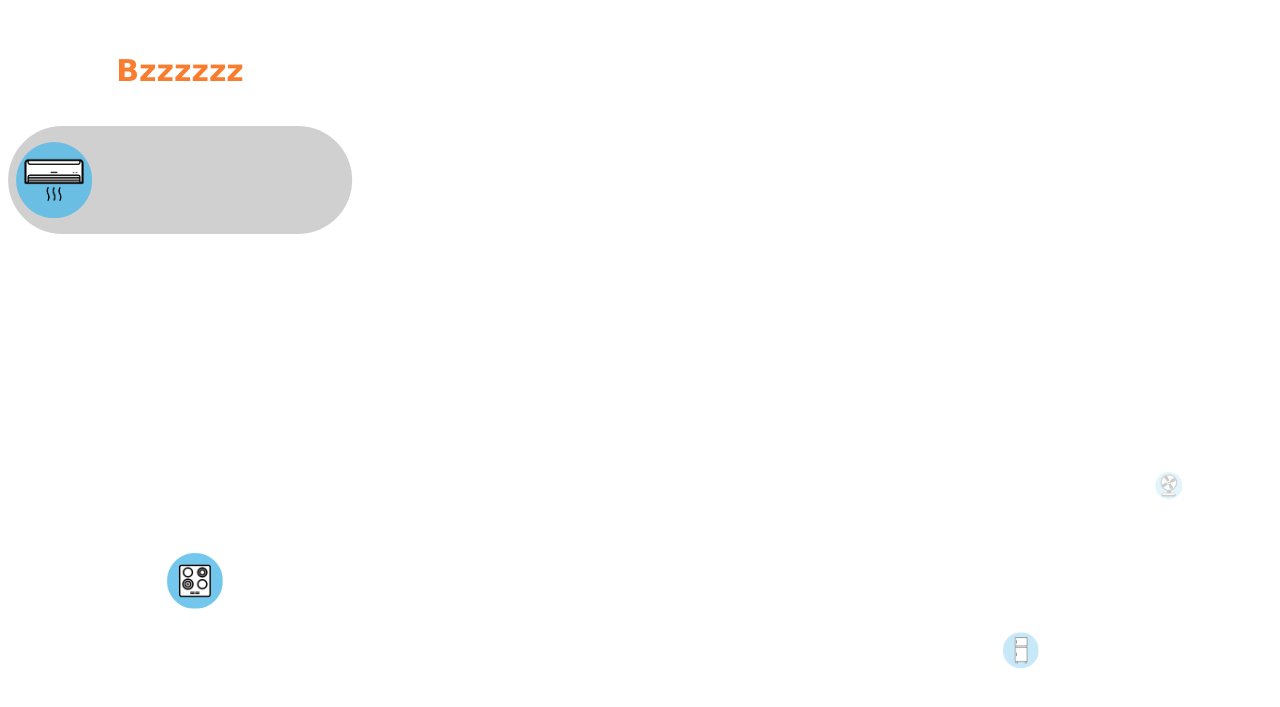
Repository: TheZakinator/energy_feedback_thesis
Page: smart_watch/uiTest/index.html
The author's editor kept a copy of each file at every save. The page is drawn from the files as they stood at one save, then again after the next save.
The browser window is 1280 px wide. The pictures show the whole page.

Above is the page before, as saved 2022-09-22 01:49:50.

### smart_watch/uiTest/index.html
<!DOCTYPE html>
<html>

<head>
    <meta name="viewport" content="width=device-width, initial-scale=1, user-scalable=no" />
    <title>Bzzzzzz</title>
    <link rel="stylesheet" href="css/style.css">
    <link rel="stylesheet" href="css/custom-indicator.css">
</head>

<body>
    <div id="container">

        <div id="page-main" class="page">
            <div class="header full">Bzzzzzz</div>
            <div class="list-circle" id="list-buddy">
                <div class="list-focus-area">
                    <div class="list-focus">
                    </div>
                    <div class="list-label">
                    </div>
                </div>
            </div>
        </div>

        <div id="page-contact" class="page">
            <div id="bgcolor-contact"></div>
            <div id="name-contact"></div>
            <div id="content-contact">
                <div id="selector-box-contact">
                    <div id="selector-call-contact">
                        <div id="icon-call-contact"></div>
                    </div>
                    <div id="selector-mail-contact">
                        <div id="icon-mail-contact"></div>
                    </div>
                </div>
            </div>
            <div id="number-contact"></div>
        </div>

        <div id="page-settings" class="page">
        	<div id="bgcolor-settings"></div>
        	<div id="name-settings"></div>
        	<div id="content-settings">
        		<div id="selector-box-settings">
	        		<div id="selector-buzz-settings">
	        			<div id="icon-buzz-settings"></div>
	        		</div>
	        		<div id="selector-bluetooth-settings">
	        			<div id="icon-bluetooth-settings"></div>
	        		</div>
        		</div>
        	</div>
        	<div id="number-settings"></div>
        </div>
    </div>

    <script src="js/page.js"></script>
    <script src="js/custom-indicator.js"></script>
    <script src="js/app.js"></script>
</body>

</html>

### smart_watch/uiTest/css/style.css
* {
    font-family: Verdana, Lucida Sans, Arial, Helvetica, sans-serif;
    -webkit-tap-highlight-color: transparent;
}
html, body {
    width: 100%;
    height: 100%;
    margin: 0px;
    overflow: hidden;
}

#container {
    height: 100%;
    overflow: hidden;
}

.page {
    width: 100%;
    height: 100%;
    display: none;
}

#page-main {
    display: block;
}

/* ----- Main page ----- */
.header{
    position: absolute;
    top: 51px;
    left: 64px;
    width: 232px;
    height: 39px;
    text-align: center;
    color: rgba(250, 125, 47, 1);
    font-size: 30px;
    font-weight: bold;
    line-height: 39px;
}

.list-circle {
    position: relative;
    width: 100%;
    height: 100%;
}

/* ----- Contact page ----- */
#page-contact {
    background-size: contain;
   	background-repeat: no-repeat;

}

#bgcolor-contact {
    position: absolute;
    width: 100%;
    height: 100%;
    background-color: rgba(0, 0, 0, 0.5);
}

#name-contact {
    position: absolute;
    top: 35px;
    left: 54px;
    width: 252px;
    height: 47px;
    font-size: 36px;
    line-height: 47px;
    color: #ffffff;
    text-align: center;

}

#content-contact {
    position: absolute;
    top: 131px;
    width: 100%;
    height: 100px;
    text-align: center;
}

#selector-box-contact {
    height: 100px;
    margin: auto;
    display: table;
}


/*
#selector-call-contact {
    width: 100px;
    height: 100px;
    float: left;
    margin: 0px 9px 0px 9px;
    background-color: rgba(66, 171, 31, 1);
    background-size: contain;
    -webkit-mask-image: url("../image/wc_contact_detail_bg.png");
    -webkit-mask-size: contain;
    -webkit-mask-repeat: no-repeat;
}


#icon-call-contact {
    width: 100%;
    height: 100%;
    background-image: url("../image/wc_contact_detail_call_icon.png");
    background-size: contain;
}


#selector-mail-contact {
    width: 100px;
    height: 100px;
    float: left;
    margin: 0px 9px 0px 9px;
    background-color: rgba(235, 164, 23, 1);
    background-size: contain;
    -webkit-mask-image: url("../image/wc_contact_detail_bg.png");
    -webkit-mask-size: contain;
    -webkit-mask-repeat: no-repeat;
}

#icon-mail-contact {
    width: 100%;
    height: 100%;
    background-image: url("../image/wc_contact_detail_msg_icon.png");
    background-size: contain;
}


#number-contact {
    position: absolute;
    left: 54px;
    bottom: 59px;
    width: 252px;
    height: 37px;
    font-size: 28px;
    line-height: 37px;
    color: #ffffff;
    text-align: center;
}

*/

### smart_watch/uiTest/css/custom-indicator.css
.list-containerbar {
    position: absolute;
    top: 142px;
    left: 0px;
    width: 100%;
    height: 76px;
    pointer-events: none;
}

.list-selector {
    width: 76px;
    height: 76px;
    position: relative;
    vertical-align: middle;
    pointer-events: all;
}

.list-thumbnail {
    position: absolute;
    margin: auto;
    top: 0;
    bottom: 0;
    left: 0;
    right: 0;
    text-align: center;
    color: #ffffff;
    background-color: rgba(81,186,232,0.8);
    background-size: contain;
    background-repeat: no-repeat;
   	background-position: center;
   	background-origin: padding-box;


    -webkit-mask-image: url("../image/wc_contact_bg.png");
    /* -webkit-mask-border: url("../image/wc_contact_bg.png") 100 / 50px round; */
    -webkit-mask-size: contain;
    -webkit-mask-repeat: no-repeat;
}

.list-focus-area {
    position: absolute;
    width: 100%;
    height: 130px;
    top: 115px;
    left: 0px;
}

.list-focus {
    position: relative;
    width: 100%;
    height: 108px;
    top: 11px;
    left: 0px;
    background-color: rgba(0, 0, 0, 1);
    -webkit-mask-image: url("../image/b_buddy_list_focus_bg.png");
    -webkit-mask-size: 360px 108px;
    -webkit-mask-repeat: no-repeat;
}

.list-label {
	/*
    position: absolute;
    top: 41.5px;
    left: 100px;
    font-size: 36px;
    color: #ffffff;
    text-align: center;
    width: 230px;
    height: 47px;
    line-height: 47px;
    */

    margin: 0;
    font-size: 36px;
    color: #ffffff;
    position: absolute;
    top: 50%;
    left: 55%;
    margin-right: 50%;
    transform: translate(-50%, -50%);
}

### smart_watch/uiTest/js/app.js
/*
 *      Copyright (c) 2016 Samsung Electronics Co., Ltd
 *
 *      Licensed under the Flora License, Version 1.1 (the "License");
 *      you may not use this file except in compliance with the License.
 *      You may obtain a copy of the License at
 *
 *              http://floralicense.org/license/
 *
 *              This software has been significantly modified.
 *
 *      Unless required by applicable law or agreed to in writing, software
 *      distributed under the License is distributed on an "AS IS" BASIS,
 *      WITHOUT WARRANTIES OR CONDITIONS OF ANY KIND, either express or implied.
 *      See the License for the specific language governing permissions and
 *      limitations under the License.
 */

/*global listController, pageController*/

(function() {
    var PERSON_DATA_NAME = [
            // Dummy data for test use.
            // This array contains the name of buddy,
            // English name
            // (Alice, Arthur, etc.)
            // Unicode name
            // (철수, 영희, etc.)
            // blank name.
            // (The 9th element of array)
            "Aircon",
            "Cooktop",
            "TV",
            "Washing Machine",
            "Fridge",
            "Fan",
            "Computer",
            "Henry",
            "",
            "Arthur",
            "Lancelot",
            "Merlin",
            "Gawain",
            "Galahad"
        ],
        PERSON_DATA_NUM = [
            // Dummy data for test use.
            // This array contains the phone number of buddy,
            // Full number
            // (From 1st element to 11th element)
            // No data
            // (After 12th element)
            "010-1234-5678",
            "010-2345-6789",
            "010-3456-7890",
            "010-4567-8901",
            "010-5678-9012",
            "010-6789-0123",
            "010-7890-1234",
            "010-8901-2345",
            "010-9012-3456",
            "010-0123-4567",
            "",
            "",
            "",
            ""
        ],
        PERSON_DATA_IMAGE = [
            // Dummy data for test use.
            // This array contains the image data of buddy,
            // Address of the photo image
            // (1st element)
            // No data
            // (After 2nd element)
            "./image/aircon.png",
            "./image/cooktop.png",
            "./image/tv.png",
            "./image/washing_machine.png",
            "./image/fridge.png",
            "./image/fan.png",
            "./image/pc.png",
            null,
            null,
            null,
            null,
            null,
            null,
            null
        ],
        HEADER_DATA = {
            // Dummy data for test use.
            // This array contains the style data of header animation.
            // The header may have three status,
            // None
            // (Should not be seen)
            // Half
            // (Should be seen at the top of header area)
            // Full
            // (Should be seen at the center of header area)
            "NONE": {
                "top": "-41px"
            },
            "HALF": {
                "top": "11px"
            },
            "FULL": {
                "top": "51px"
            }
        },

        ANIM_DURATION = 400,

        animRequest = 0,
        animStartTime = 0;

    /**
     * Removes all child of the element.
     * @private
     * @param {Object} elm - The object wants to be emptied
     * @return {Object} The emptied element
     */
    function emptyElement(elm) {
        while (elm.firstChild) {
            elm.removeChild(elm.firstChild);
        }

        return elm;
    }

    /**
     * Creates and returns the callback function that processes jobs should be done before the page become changed.
     * The contents of contact page will be changed by this function, then the page will be changed to the contact page.
     * @private
     * @param {number} data - The index of the element in the buddy list
     * @return {function} The callback function for changing page to the contact
     */
    function createPageChangeFunc(data) {
        return function() {
            var elmName = document.querySelector("#name-contact"),
                elmNum = document.querySelector("#number-contact");

            // Reset the name and number in the contact page.
            emptyElement(elmName).appendChild(document.createTextNode(PERSON_DATA_NAME[data]));
            emptyElement(elmNum).appendChild(document.createTextNode(PERSON_DATA_NUM[data]));

            // Reset the background of the contact page
            pageController.setPageBgImage("page-contact", PERSON_DATA_IMAGE[data]);
            // Change the page to the contact page
            pageController.movePage("page-contact");
        };
    }

    /**
     * Pushes person data to the buddy list.
     * @private
     */
    function pushData() {
        var i;
        for (i = 0; i < PERSON_DATA_NAME.length; i++) {
            // If the data of image address exists, add data with the image address.
            // Otherwise, add data without the image address.
            if (PERSON_DATA_IMAGE[i]) {
                listController.addData(PERSON_DATA_NAME[i], PERSON_DATA_IMAGE[i], createPageChangeFunc(i));
            } else {
                listController.addData(PERSON_DATA_NAME[i], null, createPageChangeFunc(i));
            }
        }
    }

    /**
     * Handles the hardware key events.
     * @private
     * @param {Object} ev - The object contains data of key event.
     */
    function keyEventHandler(ev) {
        if (ev.keyName === "back") {
            if (pageController.isPageMain() === true) {
                // Terminate the application if the current page is the main page.
                try {
                    tizen.application.getCurrentApplication().exit();
                } catch (ignore) {}
            } else {
                // Go to the last page if the current page is not the main page.
                pageController.moveBackPage();
            }
        }
    }

    /**
     * Sets the style of elements in container by origPos, destPos, ratio.
     * @private
     * @param {Object} elm - An object of the container element.
     * @param {string} origPos- Original position of transition.
     * @param {string} destPos- Destination position of transition.
     * @param {number} ratio - Progress ratio of transition.
     */
    function setAnimationStyle(elm, origPos, destPos, ratio) {
        var valOrigStyle,
            valDestStyle,
            valAnimStyle;

        if (ratio > 1) {
            ratio = 1;
        }

        // Calculate the style value of the header should be.
        Object.keys(HEADER_DATA[origPos]).forEach(function(key) {
            switch (key) {
                case "top":
                    valOrigStyle = parseFloat(HEADER_DATA[origPos][key]);
                    valDestStyle = parseFloat(HEADER_DATA[destPos][key]);
                    valAnimStyle = (valOrigStyle + (valDestStyle - valOrigStyle) * ratio) + "px";
                    break;
                default:
                    break;
            }

            elm.style[key] = valAnimStyle;
        });
    }

    /**
     * Makes a snapshot of animation frame by setting style to containers by progress ratio, calculated by timestamp.
     * @private
     * @param {string} animStart - Starting position of the animation.
     * @param {string} animEnd- Ending position of the animation.
     * @param {number} timestamp - DOMHighResTimeStamp value passed by requestAnimationFrame.
     */
    function drawAnimationFrame(animStart, animEnd, timestamp) {
        var elmHeader = document.querySelector(".header"),
            progress;

        // If there is no working animation, animation flag will be set to with the timestamp.
        if (!animStartTime) {
            animStartTime = timestamp;
        }
        progress = timestamp - animStartTime;

        setAnimationStyle(elmHeader, animStart, animEnd, progress / ANIM_DURATION);

        // If the animation is not reached to the end of time, Request the next frame of rendering for animation.
        // Otherwise, clear the request and flag.
        if (progress < ANIM_DURATION) {
            animRequest = window.requestAnimationFrame(drawAnimationFrame.bind(this, animStart, animEnd));
        } else {
            animRequest = 0;
            animStartTime = 0;
        }
    }

    /**
     * Starts the animation by setting the first requestAnimationFrame API call.
     * @private
     * @param {string} start - Starting position of the animation.
     * @param {string} end- Ending position of the animation.
     */
    function setHeaderAnimation(start, end) {
        if (animRequest) {
            window.cancelAnimationFrame(animRequest);
        }
        animRequest = window.requestAnimationFrame(drawAnimationFrame.bind(this, start, end));
    }

    /**
     * Activates the header animation when scroll down event was fired.
     * @private
     * @param {number} focusPos - The position of focus in list.
     * @param {number} diff - The difference of focus by scrolling.
     */
    function scrollDownCallbackHeader(focusPos, diff) {
        // The header will be disappeared
        switch (focusPos) {
            case 0:
                if (diff === 1) {
                    // Full header -> Half header
                    setHeaderAnimation("FULL", "HALF");
                } else {
                    // Full header -> No header
                    setHeaderAnimation("FULL", "NONE");
                }
                break;
            case 1:
                // Half header -> No header
                setHeaderAnimation("HALF", "NONE");
                break;
            default:
                break;
        }
    }

    /**
     * Activates the header animation when scroll up event was fired.
     * @private
     * @param {number} focusPos - The position of focus in list.
     * @param {number} diff - The difference of focus by scrolling.
     */
    function scrollUpCallbackHeader(focusPos, diff) {
        if (pageController.isPageMain() === true) {
            // The header will be appeared
            switch (focusPos) {
                case 1:
                    // Half header -> Full header
                    setHeaderAnimation("HALF", "FULL");
                    break;
                default:
                    if (focusPos + diff === 1) {
                        // No header -> Half header
                        setHeaderAnimation("NONE", "HALF");
                    } else if (focusPos + diff === 0) {
                        // No header -> Full header
                        setHeaderAnimation("NONE", "FULL");
                    }
                    break;
            }
        }
    }

    /**
     * Initiates the application.
     * @private
     */
    function init() {
        listController.init("list-buddy");
        // Push all data to the list
        pushData();
        // Add hardware key event listener
        window.addEventListener("tizenhwkey", keyEventHandler);
        // Add both pages to the page controller
        pageController.addPage("page-main");
        pageController.addPage("page-contact");
        pageController.addPage("page-settings");
        // Set callback functions for scroll up and down
        // Those functions will animate the header if needed.
        listController.setScrollUpCallback(scrollUpCallbackHeader);
        listController.setScrollDownCallback(scrollDownCallbackHeader);
    }

    window.onload = init();
}());

Loaded but not shown: smart_watch/uiTest/js/custom-indicator.js (653 lines, source omitted); smart_watch/uiTest/js/page.js (256 lines, source omitted)

After the next save:
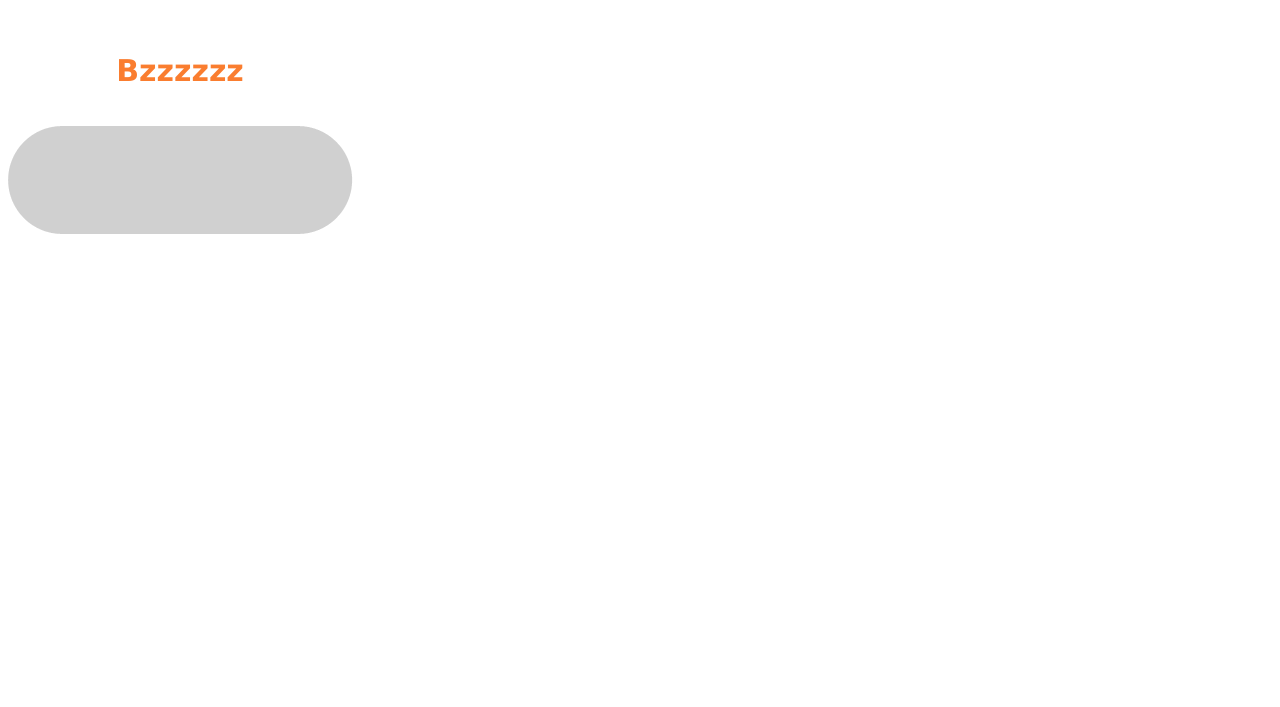
Console error: ReferenceError: createPage is not defined
Saved 97 s later.
--- a/smart_watch/uiTest/js/app.js
+++ b/smart_watch/uiTest/js/app.js
@@ -28,6 +28,7 @@
             // (철수, 영희, etc.)
             // blank name.
             // (The 9th element of array)
+            "Settings",
             "Aircon",
             "Cooktop",
             "TV",
@@ -40,8 +41,7 @@
             "Arthur",
             "Lancelot",
             "Merlin",
-            "Gawain",
-            "Galahad"
+            "Gawain"
         ],
         PERSON_DATA_NUM = [
             // Dummy data for test use.
@@ -72,6 +72,7 @@
             // (1st element)
             // No data
             // (After 2nd element)
+            "./image/settings_icon.png",
             "./image/aircon.png",
             "./image/cooktop.png",
             "./image/tv.png",
@@ -79,7 +80,6 @@
             "./image/fridge.png",
             "./image/fan.png",
             "./image/pc.png",
-            null,
             null,
             null,
             null,
@@ -151,12 +151,32 @@
     }
 
     /**
+     * Similar to createPageChangeFunc but links to the settings page instead of the contact page
+     */
+    function createPageChangeToSettings(data) {
+    	return function() {
+    		var elmName = document.querySelector("#name-settings"),
+    			elmNum = document.querySelector("#number-settings");
+
+    		emptyElement(elmName.appendChild(document.createTextNode(PERSON_DATA_NAME[data])));
+    		emptyElement(elmNum).appendChild(document.createTextNode(PERSON_DATA_NUM[data]));
+
+    		pageController.setPageBgImage("page-settings", PERSON_DATA_IMAGE[data]);
+    		pageController.movePage("page-settings");
+
+    	}
+    }
+
+    /**
      * Pushes person data to the buddy list.
      * @private
      */
     function pushData() {
         var i;
-        for (i = 0; i < PERSON_DATA_NAME.length; i++) {
+        if (PERSON_DATA_IMAGE[0]) {
+        	listController.addData(PERSON_DATA_NAME[0], PERSON_DATA_IMAGE[0], createPage)
+        }
+        for (i = 1; i < PERSON_DATA_NAME.length; i++) {
             // If the data of image address exists, add data with the image address.
             // Otherwise, add data without the image address.
             if (PERSON_DATA_IMAGE[i]) {

After the 2 saves that followed:
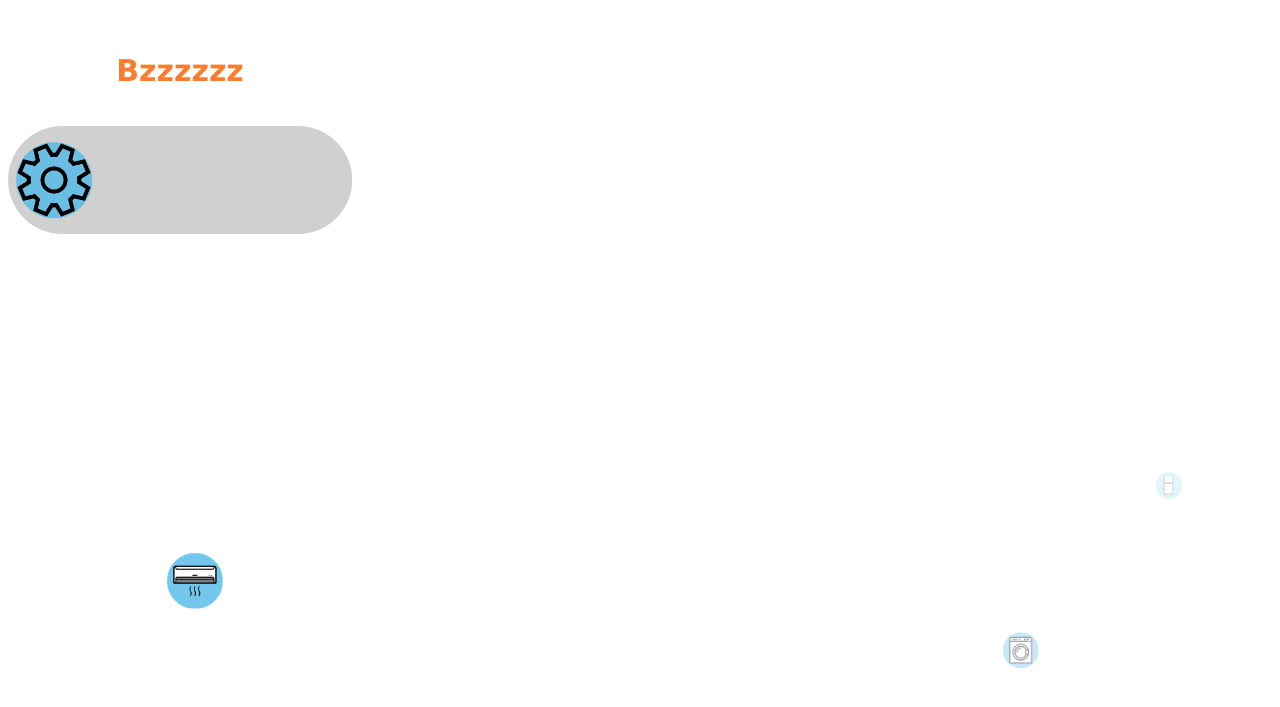
The error is gone.
The 2 saves are shown as one change because 1 left the picture as it was.
The last was saved 39 s later.
--- a/smart_watch/uiTest/js/app.js
+++ b/smart_watch/uiTest/js/app.js
@@ -163,8 +163,7 @@
 
     		pageController.setPageBgImage("page-settings", PERSON_DATA_IMAGE[data]);
     		pageController.movePage("page-settings");
-
-    	}
+    	};
     }
 
     /**
@@ -174,7 +173,7 @@
     function pushData() {
         var i;
         if (PERSON_DATA_IMAGE[0]) {
-        	listController.addData(PERSON_DATA_NAME[0], PERSON_DATA_IMAGE[0], createPage)
+        	listController.addData(PERSON_DATA_NAME[0], PERSON_DATA_IMAGE[0], createPageChangeToSettings(0));
         }
         for (i = 1; i < PERSON_DATA_NAME.length; i++) {
             // If the data of image address exists, add data with the image address.
